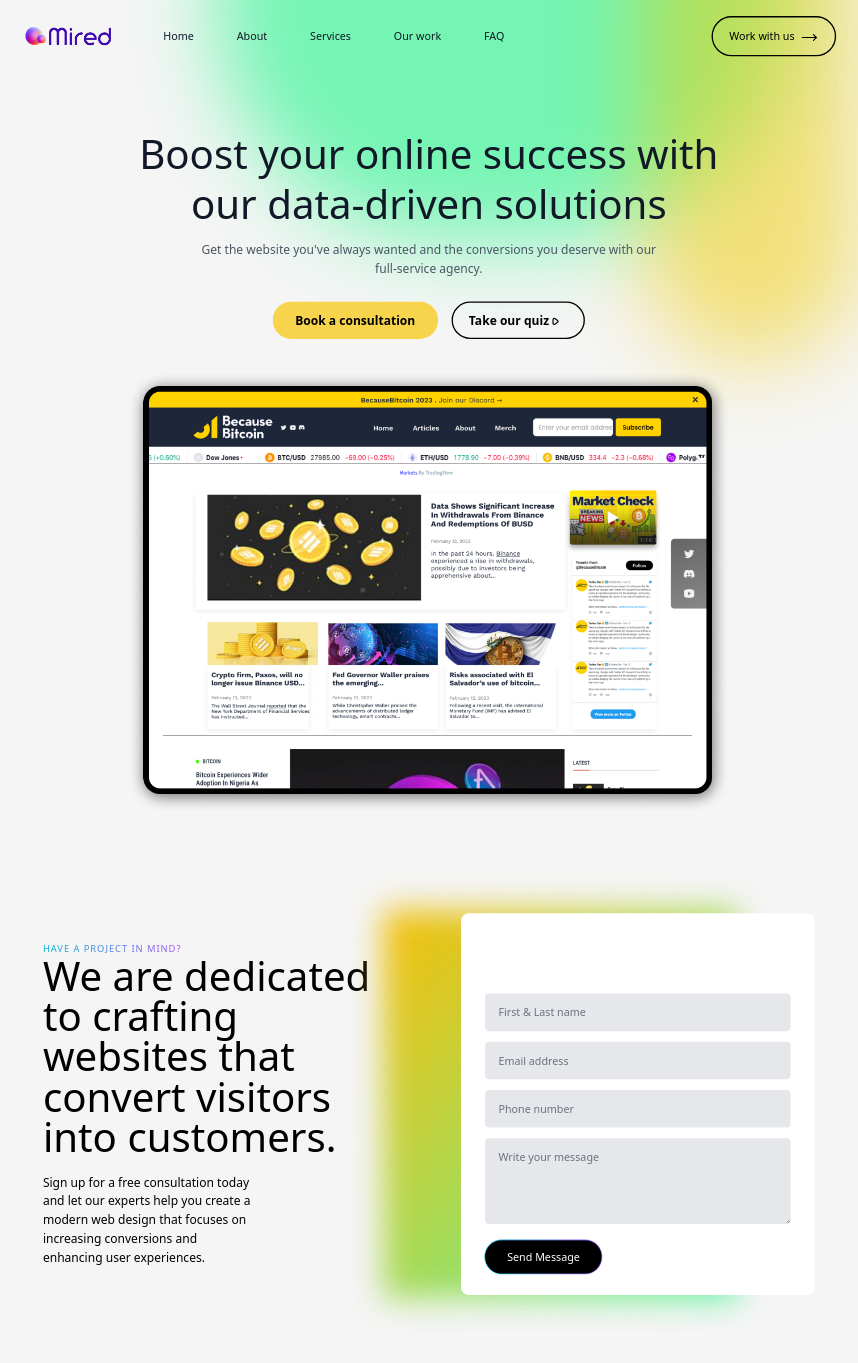
Repository: ornelasedward/mired_website
Page: /
An editor plug-in stored every save of this project. The page is shown before and after the next save, followed by the edit.
The browser window is 1280 px wide. The pictures show the whole page, at 67% of full size.
The project was rebuilt for these pictures with package versions that can differ from the ones it lists, and the page was loaded fresh each time. The framework's server and built-in components were replaced by stand-ins that run in the browser. Also part of the build but not shown: next.config.js.

Above is the page before, as saved 2023-03-28 19:31:46.

### app/layout.tsx
import "./globals.css";

export const metadata = {
  title: "Mired",
  description: "Web design and development services",
};

export default function RootLayout({
  children,
}: {
  children: React.ReactNode;
}) {
  return (
    <html lang="en" className="bg-[#F5F5F5]">
      <body>{children}</body>
    </html>
  );
}

### app/page.tsx
import Header from "@/components/Header";
import Hero from "@/components/Hero";
import Services from "@/components/Services";
import CTA from "@/components/CTA";
import { Inter } from "next/font/google";
import Testimonial from "@/components/Testimonials";
import FAQ from "@/components/FAQ";
import Contact from "@/components/Contact";
import Footer from "@/components/Footer";

const inter = Inter({ subsets: ["latin"] });

export default function Home() {
  return (
    <main>
      <Hero />
      <Header />
      {/* <Services />
      <CTA />
      <Testimonial />
      <FAQ />
      <Contact />
      <Footer /> */}
    </main>
  );
}

### components/Header.tsx
export default function Header() {
  return (
    <section className="py-12 overflow-hidden sm:py-16 lg:py-20 xl:py-24">
      <div className="px-4 mx-auto max-w-7xl sm:px-6 lg:px-8">
        <div className="grid max-w-6xl grid-cols-1 mx-auto gap-y-12 lg:grid-cols-2 lg:gap-x-16 xl:gap-x-24">
          <div className="relative flex flex-col justify-between max-w-lg lg:py-12 lg:max-w-none">
            <div className="flex-1">
              <p className="text-sm font-normal tracking-widest uppercase">
                <span className="text-transparent bg-clip-text bg-gradient-to-r from-cyan-500 to-purple-500">
                  {" "}
                  Have a project in mind?{" "}
                </span>
              </p>
            </div>

            <div className="mt-6 lg:mt-auto">
              <h2 className="text-3xl font-normal text-black sm:text-4xl lg:text-5xl xl:text-6xl">
                We are dedicated to crafting websites that convert visitors into
                customers.
              </h2>
              <p className="mt-4 text-base font-normal text-black lg:max-w-xs sm:text-lg sm:mt-6">
                Sign up for a free consultation today and let our experts help
                you create a modern web design that focuses on increasing
                conversions and enhancing user experiences.
              </p>
            </div>
          </div>

          <div className="relative flex items-center justify-center">
            <div className="absolute right-1/4 transform translate-x-4 -translate-y-1/2 top-1/2 bg-gradient-to-br from-[#F7BE08] to-[#55F5A3] w-full h-full blur-xl" />

            <div className="relative overflow-hidden bg-white rounded-xl">
              <div className="p-6 sm:py-8 sm:px-9">
                <p className="text-xl font-normal text-white">
                  Let us know about your project & we will help you grow your
                  business from scratch.
                </p>

                <form action="#" method="POST" className="mt-8 space-y-4">
                  <div>
                    <label for="" className="sr-only">
                      {" "}
                      Full name{" "}
                    </label>
                    <div>
                      <input
                        type="text"
                        name=""
                        id=""
                        placeholder="First & Last name"
                        className="block w-full px-5 py-4 text-base text-black placeholder-gray-500 bg-gray-200 rounded-md focus:border-black focus:ring-1 focus:ring-black"
                      />
                    </div>
                  </div>

                  <div>
                    <label for="" className="sr-only">
                      {" "}
                      Email address{" "}
                    </label>
                    <div>
                      <input
                        type="email"
                        name=""
                        id=""
                        placeholder="Email address"
                        className="block w-full px-5 py-4 text-base text-black placeholder-gray-500 bg-gray-200 rounded-md focus:border-black focus:ring-1 focus:ring-black"
                      />
                    </div>
                  </div>

                  <div>
                    <label for="" className="sr-only">
                      {" "}
                      Phone number{" "}
                    </label>
                    <div>
                      <input
                        type="tel"
                        name=""
                        id=""
                        placeholder="Phone number"
                        className="block w-full px-5 py-4 text-base text-black placeholder-gray-500 bg-gray-200 rounded-md focus:border-black focus:ring-1 focus:ring-black"
                      />
                    </div>
                  </div>

                  <div>
                    <label for="" className="sr-only">
                      {" "}
                      Message{" "}
                    </label>
                    <div>
                      <textarea
                        name=""
                        id=""
                        placeholder="Write your message"
                        rows="4"
                        className="block w-full px-5 py-4 text-base text-black placeholder-gray-500 bg-gray-200 rounded-md focus:border-black focus:ring-1 focus:ring-black"
                      ></textarea>
                    </div>
                  </div>

                  <div>
                    <div className="relative inline-flex mt-2 group">
                      <div className="absolute transition-all duration-200 rounded-[2rem] -inset-px bg-gradient-to-r from-cyan-500 to-purple-500 group-hover:shadow-lg group-hover:shadow-cyan-500/50"></div>
                      <button
                        type="button"
                        className="relative inline-flex items-center justify-center px-8 py-3 text-base font-normal text-white bg-black border border-transparent rounded-[2rem]"
                        role="button"
                      >
                        Send Message
                      </button>
                    </div>
                  </div>
                </form>
              </div>
            </div>
          </div>
        </div>
      </div>
    </section>
  );
}

### components/Hero.tsx
import Image from "next/image";
import Link from "next/link";
import header from "../images/header.png";
import Logo from "../images/Logo.png";

export default function Hero() {
  return (
    <div className="overflow-x-hidden">
      <header className="py-4 md:py-6" x-data="{expanded: false}">
        <div className="container px-4 mx-auto sm:px-6 lg:px-8">
          <div className="flex items-center justify-between">
            <div className="flex-shrink-0">
              <Link
                href="#"
                title=""
                className="flex rounded outline-none focus:ring-1 focus:ring-gray-900 focus:ring-offset-2"
              >
                <Image
                  className="w-auto h-9"
                  src={Logo}
                  alt=""
                  width={100}
                  height={100}
                />
              </Link>
            </div>

            <div className="flex lg:hidden">
              <button type="button" className="text-gray-900">
                <span x-show="!expanded" aria-hidden="true">
                  <svg
                    className="w-7 h-7"
                    xmlns="http://www.w3.org/2000/svg"
                    fill="none"
                    viewBox="0 0 24 24"
                    stroke="currentColor"
                  >
                    <path
                      stroke-linecap="round"
                      stroke-linejoin="round"
                      stroke-width="1.5"
                      d="M4 6h16M4 12h16M4 18h16"
                    />
                  </svg>
                </span>

                <span x-show="expanded" aria-hidden="true">
                  <svg
                    className="w-7 h-7"
                    xmlns="http://www.w3.org/2000/svg"
                    fill="none"
                    viewBox="0 0 24 24"
                    stroke="currentColor"
                  >
                    <path
                      stroke-linecap="round"
                      stroke-linejoin="round"
                      stroke-width="2"
                      d="M6 18L18 6M6 6l12 12"
                    />
                  </svg>
                </span>
              </button>
            </div>

            <div className="hidden lg:flex lg:ml-16 lg:items-center lg:justify-center lg:space-x-10 xl:space-x-12">
              <Link
                href="#"
                title=""
                className="text-base font-medium text-gray-900 transition-all duration-200 rounded focus:outline-none font-pj hover:text-opacity-50 focus:ring-1 focus:ring-gray-900 focus:ring-offset-2 p-2"
              >
                Home
              </Link>

              <Link
                href="#"
                title=""
                className="text-base font-medium text-gray-900 transition-all duration-200 rounded focus:outline-none font-pj hover:text-opacity-50 focus:ring-1 focus:ring-gray-900 focus:ring-offset-2 p-2"
              >
                About
              </Link>

              <Link
                href="#"
                title=""
                className="text-base font-medium text-gray-900 transition-all duration-200 rounded focus:outline-none font-pj hover:text-opacity-50 focus:ring-1 focus:ring-gray-900 focus:ring-offset-2 p-2"
              >
                Services
              </Link>
              <Link
                href="#"
                title=""
                className="text-base font-medium text-gray-900 transition-all duration-200 rounded focus:outline-none font-pj hover:text-opacity-50 focus:ring-1 focus:ring-gray-900 focus:ring-offset-2 p-2"
              >
                Our work
              </Link>
              <Link
                href="#"
                title=""
                className="text-base font-medium text-gray-900 transition-all duration-200 rounded focus:outline-none font-pj hover:text-opacity-50 focus:ring-1 focus:ring-gray-900 focus:ring-offset-2 p-2"
              >
                FAQ
              </Link>
            </div>

            <div className="hidden lg:ml-auto lg:flex lg:items-center lg:space-x-10">
              <Link href="/" title="">
                <button
                  className="inline-flex items-center justify-center px-6 py-3 text-base font-normal leading-7 text-black transition-all duration-200 bg-transparent border-[2px] border-black rounded-[2rem] font-inter cursor-pointer focus:outline-none focus:ring-2 focus:ring-offset-2 focus:ring-gray-900 hover:bg-gray-900 focus:bg-gray-900 hover:text-white focus:text-white hover:border-gray-900 focus:border-gray-900"
                  role="button"
                >
                  <h1>Work with us</h1>
                  <svg
                    xmlns="http://www.w3.org/2000/svg"
                    fill="none"
                    viewBox="0 0 24 24"
                    stroke-width="1.5"
                    stroke="currentColor"
                    className="w-auto h-8 items-center pt-1 pl-2"
                  >
                    <path
                      stroke-linecap="round"
                      stroke-linejoin="round"
                      d="M17.25 8.25L21 12m0 0l-3.75 3.75M21 12H3"
                    />
                  </svg>
                </button>
              </Link>
            </div>
          </div>

          {/* <nav x-show="expanded" x-collapse>
            <div className="px-1 py-8">
              <div className="grid gap-y-7">
                <Link
                  href="#"
                  title=""
                  className="flex items-center p-3 -m-3 text-base font-medium text-gray-900 transition-all duration-200 rounded-xl hover:bg-gray-50 focus:outline-none font-pj focus:ring-1 focus:ring-gray-900 focus:ring-offset-2"
                >
                  {" "}
                  Features{" "}
                </Link>

                <Link
                  href="#"
                  title=""
                  className="flex items-center p-3 -m-3 text-base font-medium text-gray-900 transition-all duration-200 rounded-xl hover:bg-gray-50 focus:outline-none font-pj focus:ring-1 focus:ring-gray-900 focus:ring-offset-2"
                >
                  {" "}
                  Pricing{" "}
                </Link>

                <Link
                  href="#"
                  title=""
                  className="flex items-center p-3 -m-3 text-base font-medium text-gray-900 transition-all duration-200 rounded-xl hover:bg-gray-50 focus:outline-none font-pj focus:ring-1 focus:ring-gray-900 focus:ring-offset-2"
                >
                  {" "}
                  Automation{" "}
                </Link>

                <Link
                  href="#"
                  title=""
                  className="flex items-center p-3 -m-3 text-base font-medium text-gray-900 transition-all duration-200 rounded-xl hover:bg-gray-50 focus:outline-none font-pj focus:ring-1 focus:ring-gray-900 focus:ring-offset-2"
                >
                  {" "}
                  Customer Login{" "}
                </Link>

                <Link
                  href="#"
                  title=""
                  className="inline-flex items-center justify-center px-6 py-3 text-base font-bold leading-7 text-white transition-all duration-200 bg-gray-900 border border-transparent rounded-xl hover:bg-gray-600 font-pj focus:outline-none focus:ring-2 focus:ring-offset-2 focus:ring-gray-900"
                  role="button"
                >
                  Sign up
                </Link>
              </div>
            </div>
          </nav> */}
        </div>
      </header>

      <section className="pt-12 sm:pt-16">
        <div className="px-4 mx-auto max-w-7xl sm:px-6 lg:px-8">
          <div className="max-w-4xl mx-auto text-center">
            <div className="flex flex-col gap-4">
              <h1 className="mt-5 text-4xl font-light leading-tight text-gray-900 sm:leading-tight sm:text-5xl lg:text-6xl lg:leading-tight font-pj">
                Boost your online success with our data-driven
                <span className="relative inline-flex sm:inline">
                  {/* <span className="bg-gradient-to-r from-[#44BCFF] via-[#FF44EC] to-[#FF675E] blur-lg filter opacity-30 w-full h-full absolute inset-0"></span> */}
                  <span className="relative"> solutions </span>
                </span>
              </h1>
              <p className="px-6 text-lg text-gray-600 font-inter">
                Get the website you&apos;ve always wanted and the conversions{" "}
                you deserve with our
                <br /> full-service agency.
              </p>
            </div>
            <div className="px-8 sm:items-center sm:justify-center sm:px-0 sm:space-x-5 sm:flex mt-9">
              <Link
                href="#"
                title=""
                className="inline-flex items-center justify-center w-full px-8 py-3 text-lg font-bold text-black transition-all duration-200 bg-[#F8D44C] border-2 border-transparent sm:w-auto rounded-[2rem] font-pj hover:bg-gray-600 hover:text-white focus:bg-gray-600 focus:text-white focus:outline-none focus:ring-2 focus:ring-offset-2 focus:ring-gray-900"
                role="button"
              >
                Book a consultation
              </Link>

              <Link
                href="#"
                title=""
                className="inline-flex items-center justify-center w-full px-6 py-3 mt-4 text-lg font-bold text-black transition-all duration-200 border-2 border-black sm:w-auto sm:mt-0 rounded-[2rem] font-pj focus:outline-none focus:ring-2 focus:ring-offset-2 focus:ring-gray-900 hover:bg-gray-900 focus:bg-gray-900 hover:text-white focus:text-white hover:border-gray-900 focus:border-gray-900"
                role="button"
              >
                Take our quiz
                <svg
                  className="w-5 h-5 mr-2 pt-1"
                  viewBox="0 0 18 18"
                  fill="none"
                  stroke="currentColor"
                  xmlns="http://www.w3.org/2000/svg"
                >
                  <path
                    d="M8.18003 13.4261C6.8586 14.3918 5 13.448 5 11.8113V5.43865C5 3.80198 6.8586 2.85821 8.18003 3.82387L12.5403 7.01022C13.6336 7.80916 13.6336 9.44084 12.5403 10.2398L8.18003 13.4261Z"
                    stroke-width="2"
                    stroke-miterlimit="10"
                    stroke-linecap="round"
                    stroke-linejoin="round"
                  />
                </svg>
              </Link>
            </div>
          </div>
        </div>
        <div className="absolute bottom-1/2 left-1/4 w-2/3 h-full rounded-full bg-[#55F5A3] opacity-80 blur-3xl filter -z-10" />
        <div className="absolute bottom-1/4 right-0 w-1/4 h-full rounded-full bg-[#F1CB00] opacity-50 blur-3xl filter -z-10" />
        <div className="py-12">
          <div className="">
            <Image
              className="m-auto"
              src={header}
              alt=""
              width={900}
              height={900}
            />
          </div>
        </div>
      </section>
    </div>
  );
}

Loaded but not shown: app/globals.css (common file); tailwind.config.js (common file)

After the next save:
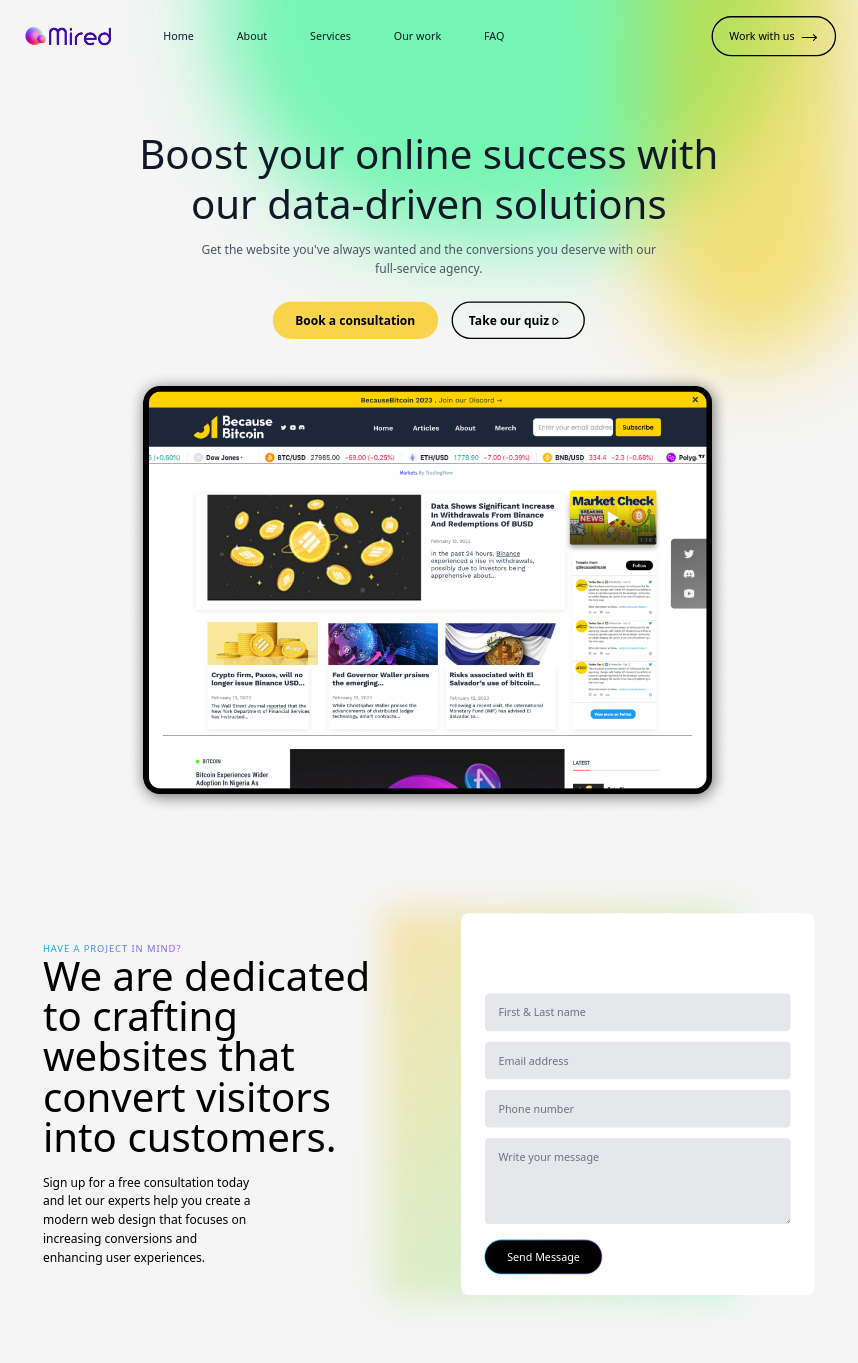
Saved 10 s later.
--- a/components/Header.tsx
+++ b/components/Header.tsx
@@ -27,7 +27,7 @@
           </div>
 
           <div className="relative flex items-center justify-center">
-            <div className="absolute right-1/4 transform translate-x-4 -translate-y-1/2 top-1/2 bg-gradient-to-br from-[#F7BE08] to-[#55F5A3] w-full h-full blur-xl" />
+            <div className="absolute right-1/4 transform translate-x-4 -translate-y-1/2 top-1/2 bg-gradient-to-br from-[#F7BE08] to-[#55F5A3] w-full h-full blur-xl opacity-30" />
 
             <div className="relative overflow-hidden bg-white rounded-xl">
               <div className="p-6 sm:py-8 sm:px-9">
